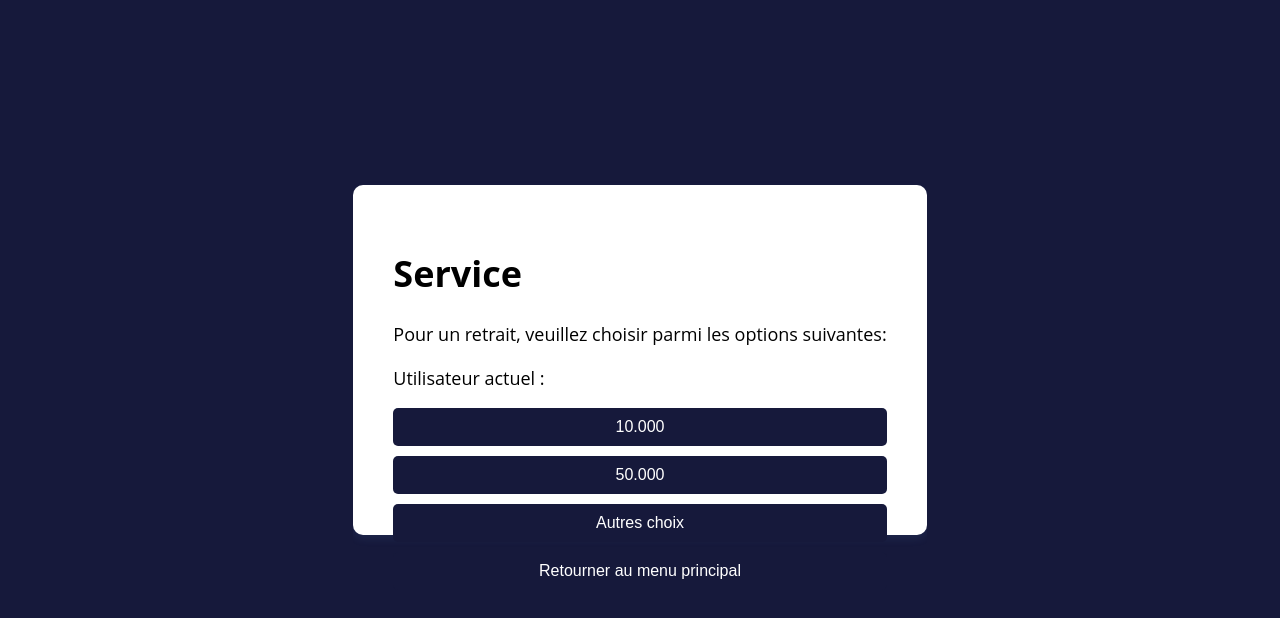
Repository: ndiawar/ProjetGab
Page: retrait.html
The author's editor kept a copy of each file at every save. The page is drawn from the files as they stood at one save, then again after the next save.
The browser window is 1280 px wide. The pictures show the whole page.

Above is the page before, as saved 2024-08-08 11:17:29.
Console error: TypeError: Cannot read properties of null (reading 'addEventListener')

### retrait.html
<!DOCTYPE html>
<html lang="fr">
<head>
    <meta charset="UTF-8">
    <meta name="viewport" content="width=device-width, initial-scale=1.0">
    <link rel="stylesheet" href="style.css">
    <title>Retrait</title>
</head>
<body>
    <div class="container">
        <h1 id="service">Service</h1>
        <p id="welcome-message">Pour un retrait, veuillez choisir parmi les options suivantes:</p>
        <p>Utilisateur actuel : <span id="current-user"></span></p>
        <button class="button retrait" onclick="withdrawAmount(10000)">10.000</button>
        <button class="button solde" onclick="withdrawAmount(50000)">50.000</button>
        <button class="button depot" onclick="withdrawCustomAmount()">Autres choix</button>
        <button class="button" id="retourButton">Retourner au menu principal</button>

    </div>
    <script src="script.js"></script>
</body>
</html>

### style.css
:root {
    /* Définition des couleurs de base */
    --blue-sky-1: #16193B; /* Bleu nuit */
    --blue-sky-2: #35478C; /* Bleu foncé */
    --blue-sky-3: #4E7AC7; /* Bleu vif */
    --blue-sky-4: #7FB2F0; /* Bleu clair */
    --blue-sky-5: #ADD5F7; /* Bleu très clair */
    --Noir-6: #000000; /* Noir */
    --White-7: #ffffff; /* Blanc */

    /* Utilisation des couleurs pour différents éléments */
    --color-title: var(--blue-sky-1); /* Couleur pour les titres */
    --color-subtitle: var(--blue-sky-3); /* Couleur pour les sous-titres */
    --color-paragraph: var(--blue-sky-2); /* Couleur pour les paragraphes */
    --color-border: var(--blue-sky-4); /* Couleur pour les bordures */
    --color-backgroundFoncé: var(--blue-sky-1); /* Couleur de fond foncée */
    --color-background: var(--blue-sky-5); /* Couleur de fond général */
    --color-text: var(--Noir-6); /* Couleur pour le texte de fond */
    --color-white: var(--White-7); /* Couleur blanche pour le texte de fond d'une balise */

    /* Polices */
    --font-title: 'Montserrat', sans-serif;
    --font-text: 'Open Sans', sans-serif;
    --font-subtitle: 'Roboto', sans-serif;

    /* Taille de police standard et poids */
    --font-size-normal: 18px; /* Taille de police standard pour le texte */
    --font-size-title: 32px; /* Taille de police pour les grands titres */
    --font-size-subtitle: 25px; /* Taille de police pour les sous-titres */
    --font-weight-normal: 450; /* Poids normal de la police */
    --font-weight-bold: 750; /* Poids en gras */
}


/*Initialisation de notre body pour supprimer les marges et choix du type de police pour notre site*/


/*Initialisation de notre body pour supprimer les marges et choix du type de police pour notre site*/
* {
  box-sizing: border-box;
}

/* Style global pour le corps de la page */
body, html {
    margin: 0;
    padding: 0;
    color: var(--color-text);
    font-family: var(--font-text);
    font-size: var(--font-size-normal);
    font-weight: var(--font-weight-normal);
    overflow-x: hidden;
    height: 100%;
    display: flex;
    align-items: center;
    justify-content: center;
    background-color: var(--color-backgroundFoncé);
}

/* Conteneur principal de la page de connexion */
.login-container {
    display: flex;
    width: 100%;
    max-width: 900px;
    height: 500px;
    background-color: var(--color-white);
    box-shadow: 0 4px 8px rgba(101, 150, 214, 0.1);
    border-radius: 10px;
    overflow: hidden;
}

/* Style pour la section du formulaire de connexion */
.login-form {
    flex: 1;
    padding: 40px;
    background-color: var(--color-white);
    display: flex;
    flex-direction: column;
    justify-content: center;
}

/* Style pour les titres et formulaires dans la section de connexion */
.login-form h2 {
    margin-bottom: 20px;
    color: var(--color-title);
    font-size: var(--font-size-title);
    font-family: var(--font-title);
    font-weight: var(--font-weight-bold);
    padding: 5px 0 60px 50px;
}

.form-group {
    margin-bottom: 15px;
    font-size: var(--font-subtitle);
    font-weight: var(--font-weight-normal);
    font-family: var(--font-text);
    color: var(--color-title);
}

.form-group label {
    display: block;
    margin-bottom: 5px;
    color: var(--color-title);
}

.form-group input {
    width: 100%;
    padding: 10px;
    border: 1px solid var(--color-title);
    border-radius: 5px;
    font-size: 16px;
    box-sizing: border-box;
}

button {
    width: 100%;
    padding: 10px;
    background-color: var(--color-backgroundFoncé);
    color: var(--color-white);
    border: none;
    border-radius: 5px;
    font-size: 16px;
    cursor: pointer;
    transition: background-color 0.3s ease;
}

button:hover {
    background-color: var(--color-border);
}

/* Style pour la section de bienvenue avec le logo */
.welcome-section {
    flex: 1;
    display: flex;
    align-items: center;
    justify-content: center;
    color: var(--color-backgroundFoncé);
}

.welcome-content {
    text-align: center;
    padding: 20px;
}

.logo {
    width: 350px;
    height: 350px;
    margin-bottom: 20px;
}

.welcome-section h1 {
    margin: 0 0 10px;
    font-size: 36px;
}

.welcome-section p {
    font-size: 18px;
    margin: 0;
}

/* Style pour le conteneur principal de gestion */
.container {
    background-color: var(--color-white);
    border-radius: 10px; /* Assurez-vous qu'il correspond à .login-container */
    box-shadow: 0 4px 8px rgba(101, 150, 214, 0.1); /* Utilisez le même box-shadow que .login-container */
    padding: 40px; /* Assurez-vous que le padding est le même pour le confort */
    max-width: 900px; /* Assurez-vous qu'il correspond à max-width de .login-container */
    height: 350px; /* Assurez-vous qu'il correspond à height de .login-container */
    width: 100%;
    margin: 0 auto; /* Centrer le conteneur */
}

.service {
    font-size: 24px;
    margin-bottom: 10px;
    color: var(black);
    text-align: center;
  }

h1.bienvenue {
    font-size: 24px;
    margin-bottom: 10px;
    color: var(--color-title); /* Utilisez la variable de couleur définie */
}

p.welcome-message {
    font-size: 18px;
    margin-bottom: 20px;
    color: var(--color-title); /* Utilisez la variable de couleur définie */
}

.service {
  font-size: 24px;
  margin-bottom: 10px;
  color: var(black);
  text-align: center;
}
#welcome-message {
  font-size: 18px;
  margin-bottom: 20px;
  color: var(black);
}
.button {
  display: block;
  width: 100%;
  padding: 10px;
  margin: 10px 0;
  font-size: 16px;
  text-align: center;
  border: none;
  border-radius: 5px;
  cursor: pointer;
  transition: background-color 0.3s;
  background-color: var(--color-backgroundFoncé);
}
.button:hover {
  background-color: var(--color-border);
}
/*Fin Partie Etienne*/

/* Style pour le modal (masqué par défaut) */
.modal {
    display: none; /* Masqué par défaut */
    position: fixed; /* Fixé en plein écran */
    z-index: 1; /* Au-dessus de tout le reste */
    left: 0;
    top: 0;
    width: 100%; /* Largeur totale */
    height: 100%; /* Hauteur totale */
    overflow: auto; /* Activer le défilement si nécessaire */
    background-color: rgba(0, 0, 0, 0.4); /* Couleur de fond semi-transparente */
}

/* Style pour le contenu du modal */
.modal-content {
    background-color: #fefefe;
    margin: 15% auto; /* Centré verticalement et horizontalement */
    padding: 20px;
    border: 1px solid #888;
    width: 80%; /* Largeur du contenu du modal */
    max-width: 500px; /* Largeur maximale */
    border-radius: 8px;
    box-shadow: 0 4px 8px rgba(0, 0, 0, 0.2);
}

/* Style pour le bouton de fermeture */
.close {
    color: #aaa;
    float: right;
    font-size: 28px;
    font-weight: bold;
    cursor: pointer;
}

.close:hover,
.close:focus {
    color: rgb(85, 10, 10);
    text-decoration: none;
}

### script.js
// Déclaration du tableau utilisateurs avec des valeurs d'objets
const utilisateurs = [
    { idCard: '1001', mdp: '51234', etatCmpt: false, nom: 'Dupont', prenom: 'Jean', solde: 1000000 },
    { idCard: '1002', mdp: '95678', etatCmpt: false, nom: 'Martin', prenom: 'Marie', solde: 1500000 },
    { idCard: '1003', mdp: '45637', etatCmpt: false, nom: 'Durand', prenom: 'Pierre', solde: 500000 },
    { idCard: '1004', mdp: '98712', etatCmpt: false, nom: 'Leroy', prenom: 'Luc', solde: 750000 },
    { idCard: '1005', mdp: '45632', etatCmpt: false, nom: 'Moreau', prenom: 'Sophie', solde: 2000000 },
    { idCard: '1006', mdp: '54832', etatCmpt: false, nom: 'Simon', prenom: 'Laura', solde: 3000000 },
    { idCard: '1007', mdp: '12345', etatCmpt: false, nom: 'Lambert', prenom: 'Alex', solde: 1200000 },
    { idCard: '1008', mdp: '67890', etatCmpt: false, nom: 'Garcia', prenom: 'Elena', solde: 1800000 },
    { idCard: '1009', mdp: '11223', etatCmpt: false, nom: 'Bernard', prenom: 'Nicolas', solde: 2500000 },
    { idCard: '1010', mdp: '44556', etatCmpt: false, nom: 'Petit', prenom: 'Lucie', solde: 2200000 }
];

// Sauvegarder les données initiales de l'utilisateur dans localStorage si ce n'est pas déjà fait
if (!localStorage.getItem('utilisateurs')) {
    localStorage.setItem('utilisateurs', JSON.stringify(utilisateurs));
}

// Déclaration de variable pour enregistrer le nombre maximum de tentatives
const maxAttempts = 3;
const userAttempts = JSON.parse(localStorage.getItem('userAttempts')) || {};

// Charge les données de l'utilisateur depuis le LocalStorage
let storedUsers = JSON.parse(localStorage.getItem('utilisateurs')) || [];
let currentUserIndex = localStorage.getItem('currentUserIndex') || 0; // Variable pour garder trace de l'utilisateur actuel
let currentUser = null; // Stocke l'utilisateur actuellement connecté

// On récupère les éléments id du formulaire pour interagir avec l'événement
const loginForm = document.getElementById('loginForm');
const errorMessage = document.getElementById('errorMessage');

// Ajoute un gestionnaire d'événement pour le formulaire de connexion
loginForm.addEventListener('submit', function(event) {
    event.preventDefault(); // Empêche le formulaire de se soumettre de manière classique

    // Récupère les valeurs saisies par l'utilisateur
    const identifiant = document.getElementById('identifiant').value;
    const password = document.getElementById('password').value;

    // Recherche l'utilisateur correspondant à l'identifiant saisi
    const utilisateur = storedUsers.find(u => u.idCard === identifiant);

    if (!utilisateur) {
        // Affiche un message d'erreur si l'identifiant est incorrect
        errorMessage.textContent = "Identifiant de carte introuvable, veuillez réessayer.";
        errorMessage.style.display = "block";
        return;
    }

    if (utilisateur.etatCmpt) {
        // Affiche un message d'erreur si le compte est bloqué
        errorMessage.textContent = "Compte bloqué. Veuillez contacter votre banque.";
        errorMessage.style.display = "block";
        return;
    }

    if (!userAttempts[identifiant]) {
        // Initialise les tentatives de connexion pour l'utilisateur si elles n'existent pas encore
        userAttempts[identifiant] = 0;
    }

    if (utilisateur.mdp !== password) {
        // Vérifie si le mot de passe est correct
        userAttempts[identifiant]++;
        if (userAttempts[identifiant] >= maxAttempts) {
            // Bloque le compte après trois tentatives échouées
            utilisateur.etatCmpt = true;
            localStorage.setItem('utilisateurs', JSON.stringify(storedUsers));
            errorMessage.textContent = "Compte bloqué après trois tentatives échouées.";
            errorMessage.style.display = "block";
        } else {
            // Met à jour les tentatives de connexion restantes
            localStorage.setItem('userAttempts', JSON.stringify(userAttempts));
            errorMessage.textContent = `Mot de passe incorrect. Tentative ${userAttempts[identifiant]} sur ${maxAttempts}.`;
            errorMessage.style.display = "block";
        }
        return;
    }

    // Réinitialise les tentatives de connexion après une connexion réussie
    userAttempts[identifiant] = 0;
    localStorage.setItem('userAttempts', JSON.stringify(userAttempts));

    // Stocke les informations de l'utilisateur connecté dans sessionStorage
    sessionStorage.setItem('currentUser', JSON.stringify(utilisateur));

    // Affiche un message de bienvenue et redirige vers la page de gestion
    alert(`Authentification réussie! Bienvenue, ${utilisateur.prenom} ${utilisateur.nom}.`);
    errorMessage.style.display = "none";
    window.location.href = './bienvenue.html'; // Redirection vers la page bienvenue
});

// Fonction pour vérifier le solde de l'utilisateur connecté
function verifierSolde() {
    // Récupère les informations de l'utilisateur depuis sessionStorage
    const currentUser = JSON.parse(sessionStorage.getItem('currentUser'));
    if (currentUser) {
        // Affiche le solde de l'utilisateur s'il est connecté
        alert(`Votre solde actuel est de ${currentUser.solde} FCFA.`);
    } else {
        // Affiche un message d'erreur si aucun utilisateur n'est connecté
        alert("Utilisateur non connecté.");
    }
}

// Fonction pour mettre à jour l'affichage du solde
function updateBalanceDisplay() {
    let users = JSON.parse(localStorage.getItem('utilisateurs'));
    if (users[currentUserIndex]) {
        alert(`Votre nouveau solde est de : ${users[currentUserIndex].solde} FCFA`);
    } else {
        alert("Erreur: utilisateur non trouvé.");
    }
}

// Fonction pour effectuer un retrait
function withdrawAmount(amount) {
    let users = JSON.parse(localStorage.getItem('utilisateurs'));
    if (users[currentUserIndex].solde >= amount) {
        users[currentUserIndex].solde -= amount;
        localStorage.setItem('utilisateurs', JSON.stringify(users));
        alert(`Retrait réussi! Vous avez retiré ${amount} FCFA. Solde restant: ${users[currentUserIndex].solde} FCFA.`);
        updateBalanceDisplay();
    } else {
        alert("Solde insuffisant");
    }
}

// Fonction pour demander un montant personnalisé
function withdrawCustomAmount() {
    let input = prompt("Veuillez saisir le montant à retirer (multiple de 1000) :");

    // Vérifier si l'entrée est un nombre entier valide et s'il est multiple de 1000
    let customAmount = parseFloat(input.replace(/,/g, '')); // Supprime les virgules pour traiter le montant

    // Vérifier si l'entrée est un nombre valide, entier, et multiple de 1000
    if (Number.isInteger(customAmount) && customAmount > 0 && customAmount % 1000 === 0) {
        withdrawAmount(customAmount);
    } else {
        alert("Montant invalide. Veuillez saisir un montant entier et multiple de 1000, sans virgule.");
    }
}

// Fonction pour rediriger vers la page de retrait
function redirectRetrait() {
    window.location.href = './retrait.html'; // Redirection vers la page retrait
}

// Fonction pour changer l'utilisateur actuel
function selectUser(index) {
    currentUserIndex = index;
    localStorage.setItem('currentUserIndex', currentUserIndex);
    document.getElementById('current-user').textContent = JSON.parse(localStorage.getItem('utilisateurs'))[currentUserIndex].nom;
    alert(`Utilisateur sélectionné : ${JSON.parse(localStorage.getItem('utilisateurs'))[currentUserIndex].nom}`);
}

// Initialisation de l'utilisateur affiché
document.addEventListener('DOMContentLoaded', function() {
    document.getElementById('current-user').textContent = JSON.parse(localStorage.getItem('utilisateurs'))[currentUserIndex].nom;
});

After the next save:
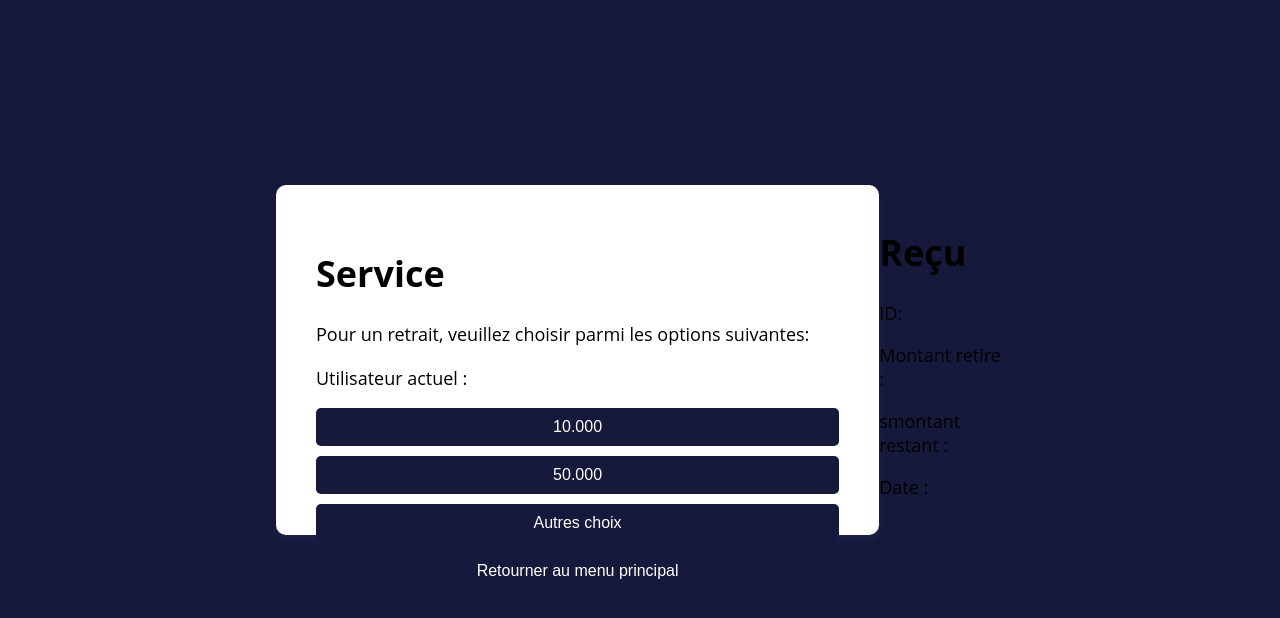
Saved 8 min 39 s later.
--- a/retrait.html
+++ b/retrait.html
@@ -17,6 +17,23 @@
         <button class="button" id="retourButton">Retourner au menu principal</button>
 
     </div>
+
+    <div class="mon_recu">
+            <h1 id="recu">Reçu</h1>
+            <div class="info_recu">
+                <div class="store-info">
+                    <p>ID:</p>
+
+                    <p>Montant retire :</p>
+
+                    <p>smontant restant :</p>
+
+                </div>
+                <div class="date_info">
+                    <p>Date : <span id="date"></span></p>
+
+                </div>
+            </div>
     <script src="script.js"></script>
 </body>
 </html>
